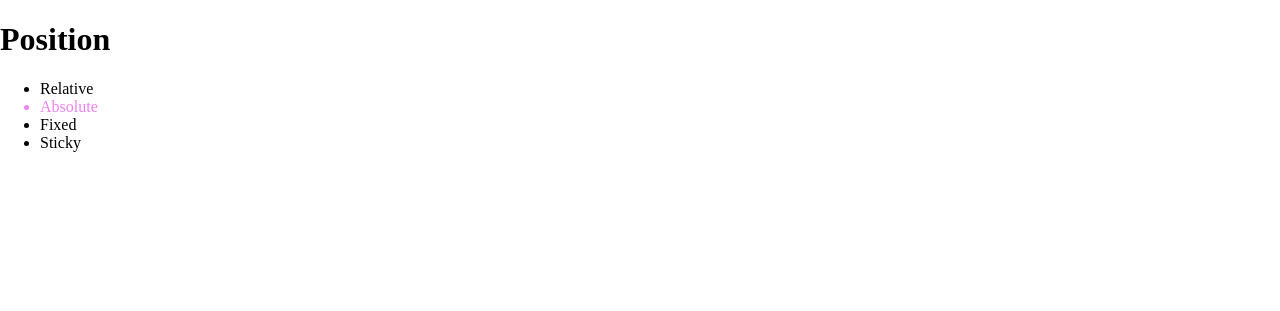
Repository: critdang/electro_store
Page: javascript_project/HTML &CSS practice/index.html
These files come from the project's save history. The page is drawn as it stood at one moment and after the next save; the edit follows.
The browser window is 1280 px wide. The pictures show the whole page.

Above is the page before, as saved 2021-10-03 21:37:21.

After the next save:
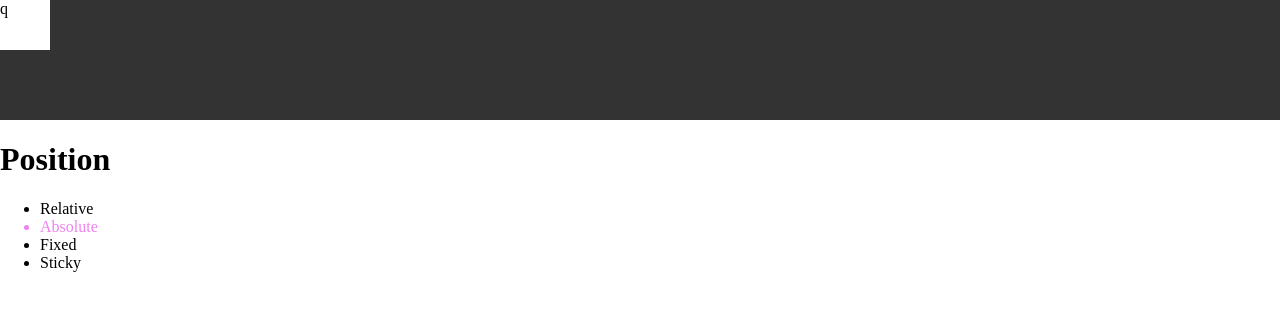
Saved 7 min 12 s later.
--- a/javascript_project/HTML &CSS practice/index.html
+++ b/javascript_project/HTML &CSS practice/index.html
@@ -13,9 +13,22 @@
             li:nth-of-type(2){
                 color: violet;
             }
+            .box{
+                width:100%;
+                height:120px;
+                background-color: #333;
+            }
+            .box-child{
+                width: 50px;
+                height: 50px;
+                background-color: #fff;
+            }
         </style>
     </head>
     <body>
+        <div class="box">
+            <div class="box-child">q</div>
+        </div>
         <h1>Position</h1>
         <ul>
             <li>Relative</li>

After the 3 saves that followed:
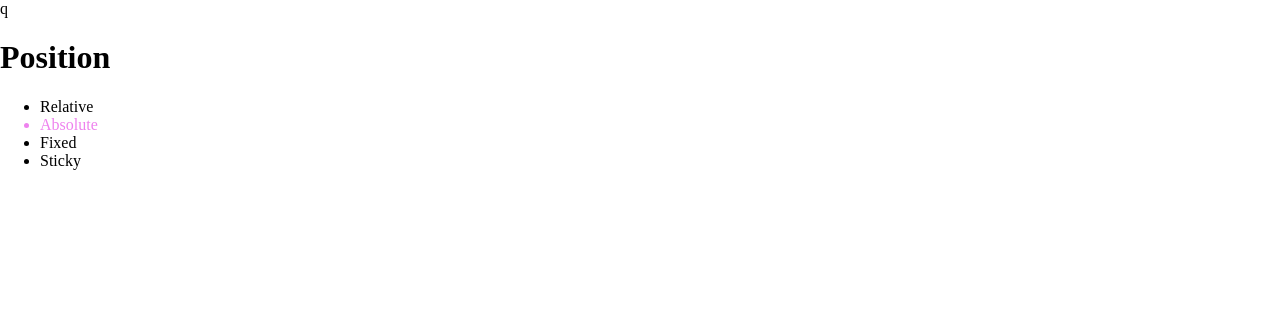
The 3 saves are shown as one change because 2 left the picture as it was.
The last was saved 8 min 41 s later.
--- a/javascript_project/HTML &CSS practice/index.html
+++ b/javascript_project/HTML &CSS practice/index.html
@@ -13,15 +13,10 @@
             li:nth-of-type(2){
                 color: violet;
             }
-            .box{
-                width:100%;
-                height:120px;
+            .header{
+                width: 100%;
+                height: 42px;
                 background-color: #333;
-            }
-            .box-child{
-                width: 50px;
-                height: 50px;
-                background-color: #fff;
             }
         </style>
     </head>
